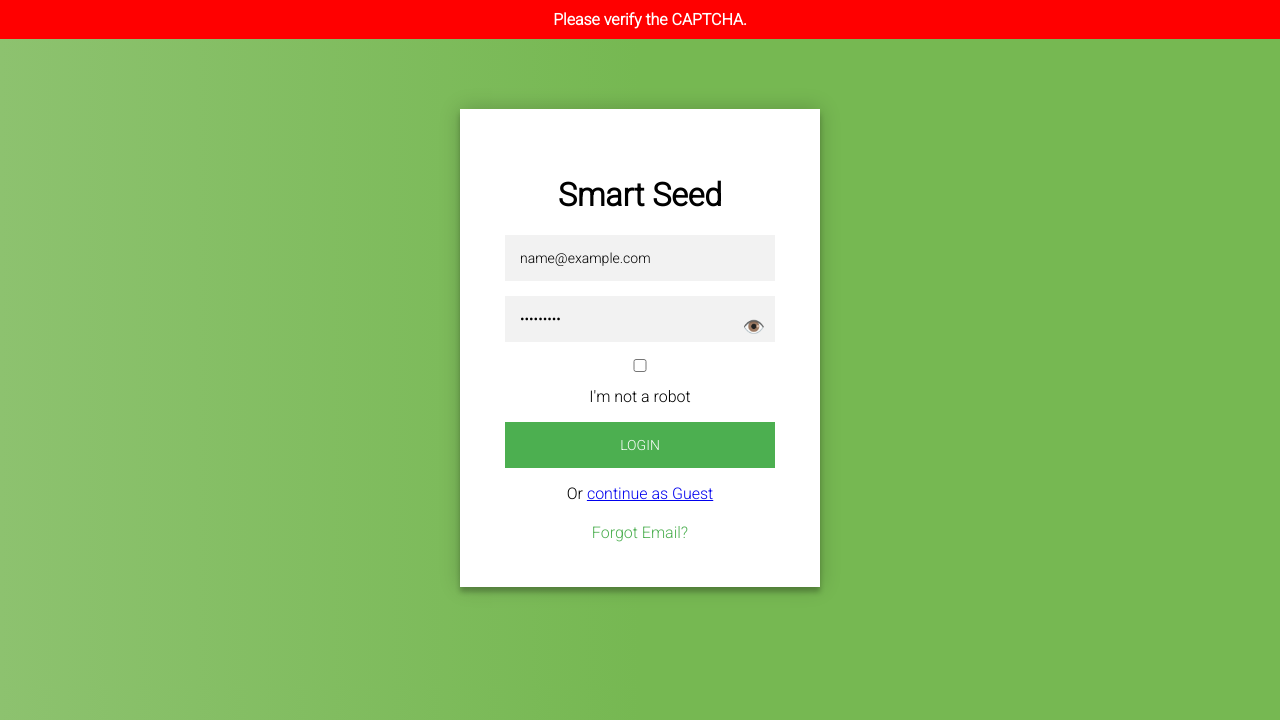
Repository: IFoundGeorge/Smart-Seed-v8-master
Page: src/login.html
An editor plug-in stored every save of this project. The page is shown before and after the next save, followed by the edit.
The browser window is 1280 px wide. The pictures show the whole page.
Empty fields were first filled with sample values (such as "Sample", 5 or name@example.com).
After loading, the first visible `form.login-form` was submitted once.

Above is the page before, as saved 2025-04-03 09:04:04.

After the next save:
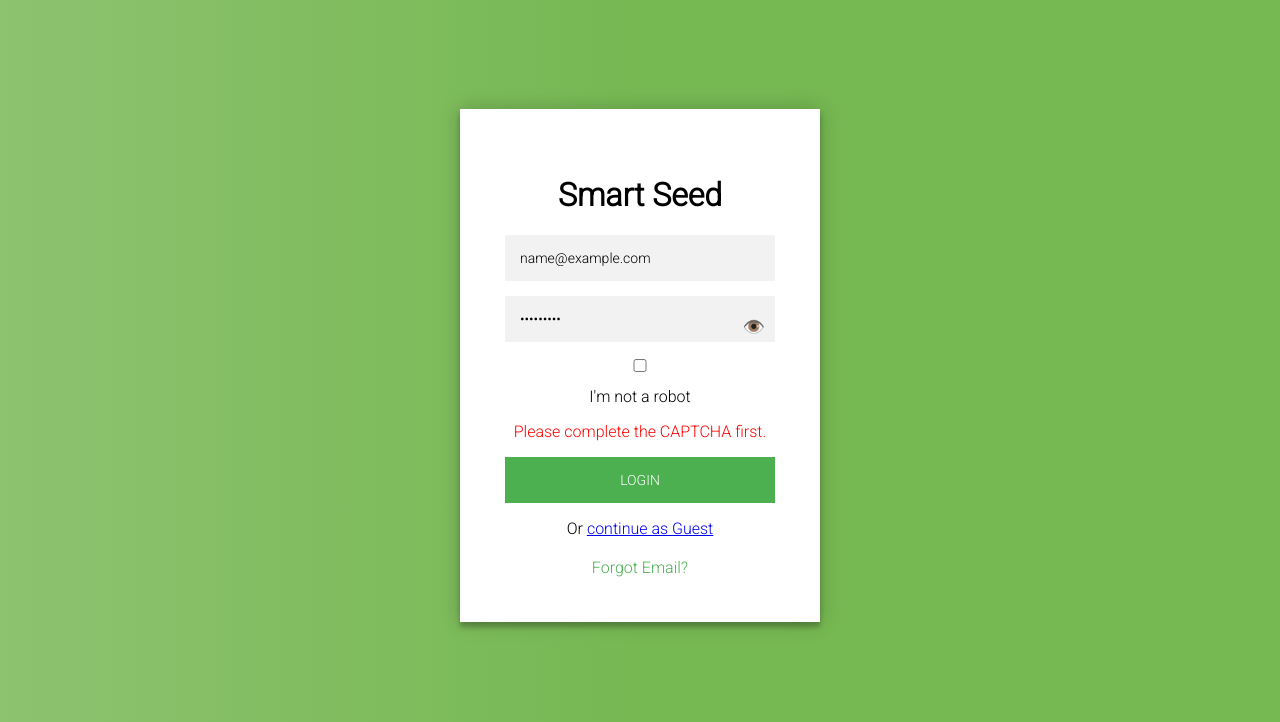
Saved 8 min 17 s later.
--- a/src/login.html
+++ b/src/login.html
@@ -261,6 +261,23 @@
           modal.style.display = "none";
         }
       };
+
+      // Modified login function to check CAPTCHA verification
+      function loginUser(event) {
+        event.preventDefault();
+
+        // If CAPTCHA is not verified, show error message
+        if (!captchaVerified) {
+          document.getElementById("error-message").textContent =
+            "Please complete the CAPTCHA first.";
+          return;
+        }
+
+        // Proceed with login process here if CAPTCHA is verified
+        document.getElementById("error-message").textContent = ""; // Clear any previous error messages
+        alert("Login successful!");
+        // Add your login handling logic here (e.g., submitting form, API request)
+      }
     </script>
   </body>
 </html>

After the save that followed:
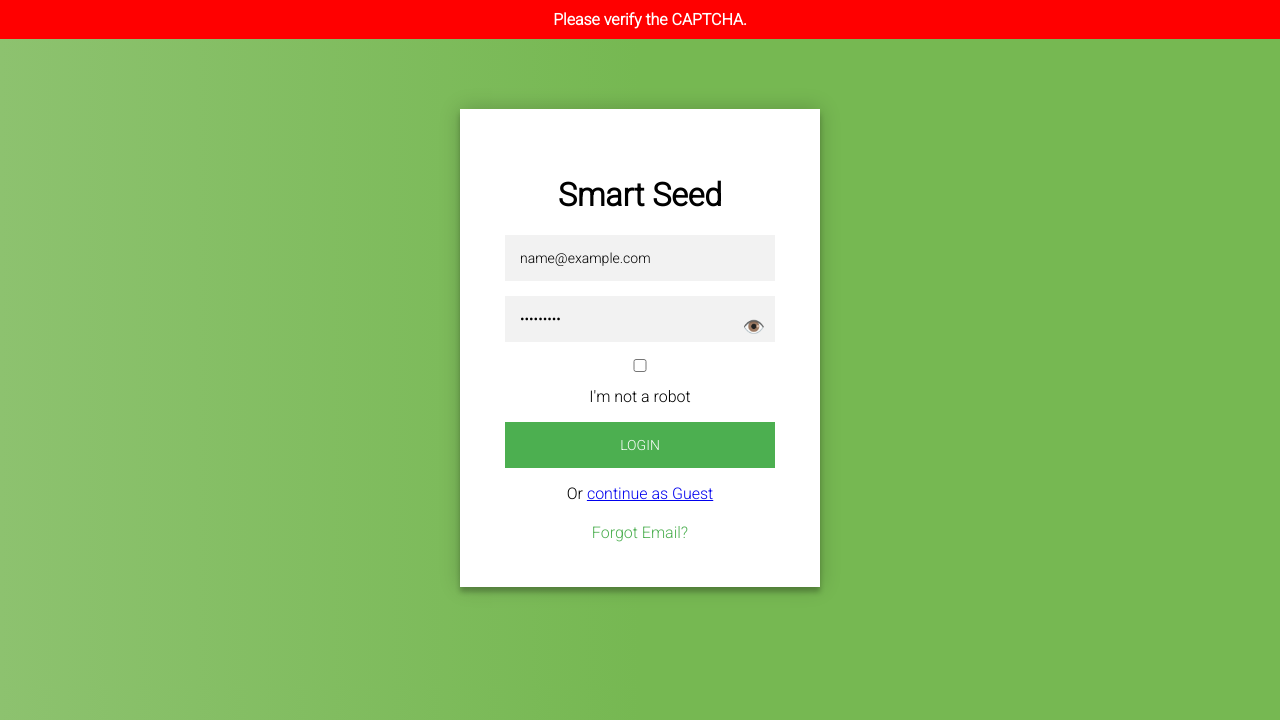
Saved 118 s later.
--- a/src/login.html
+++ b/src/login.html
@@ -261,23 +261,6 @@
           modal.style.display = "none";
         }
       };
-
-      // Modified login function to check CAPTCHA verification
-      function loginUser(event) {
-        event.preventDefault();
-
-        // If CAPTCHA is not verified, show error message
-        if (!captchaVerified) {
-          document.getElementById("error-message").textContent =
-            "Please complete the CAPTCHA first.";
-          return;
-        }
-
-        // Proceed with login process here if CAPTCHA is verified
-        document.getElementById("error-message").textContent = ""; // Clear any previous error messages
-        alert("Login successful!");
-        // Add your login handling logic here (e.g., submitting form, API request)
-      }
     </script>
   </body>
 </html>
